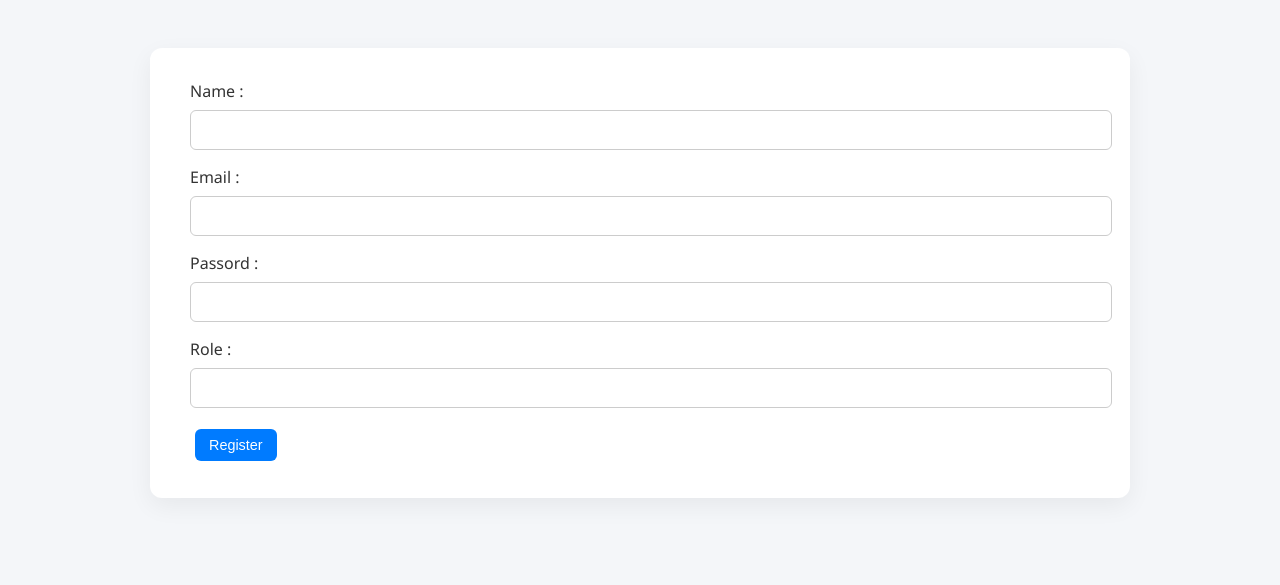
Repository: bharathabhi46/SkillSync-FrontEnd
Page: /RegisterUser
These files come from the project's save history. The page is drawn as it stood at one moment and after the next save; the edit follows.
The browser window is 1280 px wide. The pictures show the whole page.
The project was rebuilt for these pictures with package versions that can differ from the ones it lists, and the page was loaded fresh each time. Also part of the build but not shown: vite.config.js, src/Components/CreateUser/CreateUser.jsx, src/Components/UserList/UserList.jsx, src/Components/EditUser/EditUser.jsx.

Above is the page before, as saved 2025-06-25 16:53:05.

### src/main.jsx
import { StrictMode } from "react";
import { createRoot } from "react-dom/client";
import { BrowserRouter } from "react-router-dom";
import App from "./App.jsx";

createRoot(document.getElementById("root")).render(
  <BrowserRouter>
    <App />
  </BrowserRouter>
);

### src/App.jsx
import React from "react";
import CreateUser from "./Components/CreateUser/CreateUser";
import UserList from "./Components/UserList/UserList";
import EditUser from "./Components/EditUser/EditUser";
import { Route, Routes } from "react-router-dom";
import RegisterUser from "./Components/RegisterUser/RegisterUser";
import "./App.css";
const App = () => {
  return (
    <>
      <Routes>
        <Route path="/UserList" element={<UserList />} />
        <Route path="/EditUser/:id" element={<EditUser />} />
        <Route path="/CreateUser" element={<CreateUser />} />
        <Route path="/RegisterUser" element={<RegisterUser />} />
      </Routes>
    </>
  );
};

export default App;

### src/Components/RegisterUser/RegisterUser.jsx
import React, { useState } from "react";

const RegisterUser = () => {
  let url = "http://localhost:8080/api/auth/register";
  let [registerForm, setRegisterForm] = useState({
    name: "",
    email: "",
    password: "",
    role: "",
  });
  async function handleSubmit(e) {
    e.preventDefault();
    try {
      await fetch(url, {
        method: "POST",
        headers: {
          "Content-Type": "application/json",
        },
        body: JSON.stringify(registerForm),
      });
      setRegisterForm({ name: "", email: "", password: "", role: "" });
      alert("Registration Successfull");
    } catch (err) {
      console.log("Error : ", err);
      alert("Failed to Register");
    }
  }
  function handleOnChange(e) {
    setRegisterForm((prevState) => ({
      ...prevState,
      [e.target.name]: e.target.value,
    }));
  }
  return (
    <div className="container">
      <form onSubmit={handleSubmit}>
        <label>Name : </label>
        <input type="text" name="name" onChange={handleOnChange} />
        <label>Email : </label>
        <input type="email" name="email" onChange={handleOnChange} />
        <label>Passord : </label>
        <input type="password" name="password" onChange={handleOnChange} />
        <label>Role : </label>
        <input type="text" name="role" onChange={handleOnChange} />
        <button type="submit">Register</button>
      </form>
    </div>
  );
};

export default RegisterUser;

### src/App.css
/* App.css */

body {
  font-family: "Segoe UI", Roboto, sans-serif;
  background: #f4f6f9;
  margin: 0;
  padding: 0;
  color: #333;
}

.container {
  width: 90%;
  max-width: 900px;
  margin: 3rem auto;
  background: #ffffff;
  padding: 2rem 2.5rem;
  border-radius: 12px;
  box-shadow: 0 8px 24px rgba(0, 0, 0, 0.06);
}

h2 {
  text-align: center;
  margin-bottom: 2rem;
  color: #222;
}

table {
  width: 100%;
  border-collapse: collapse;
  margin-bottom: 2rem;
  background-color: #fff;
  border-radius: 8px;
  overflow: hidden;
}

th {
  background-color: #007bff;
  color: white;
  padding: 12px;
  text-align: left;
}

td {
  padding: 12px;
  border-bottom: 1px solid #eaeaea;
}

tr:hover {
  background-color: #f1f1f1;
}

button {
  background: #007bff;
  color: white;
  padding: 8px 14px;
  border: none;
  border-radius: 6px;
  cursor: pointer;
  font-size: 0.9rem;
  margin: 5px;
}

button:hover {
  background: #0056b3;
}

input {
  width: 100%;
  padding: 10px;
  margin-bottom: 1rem;
  border: 1px solid #ccc;
  border-radius: 6px;
  font-size: 1rem;
}

label {
  display: block;
  font-weight: 500;
  margin-bottom: 0.5rem;
}

Loaded but not shown: index.html (common file)

After the next save:
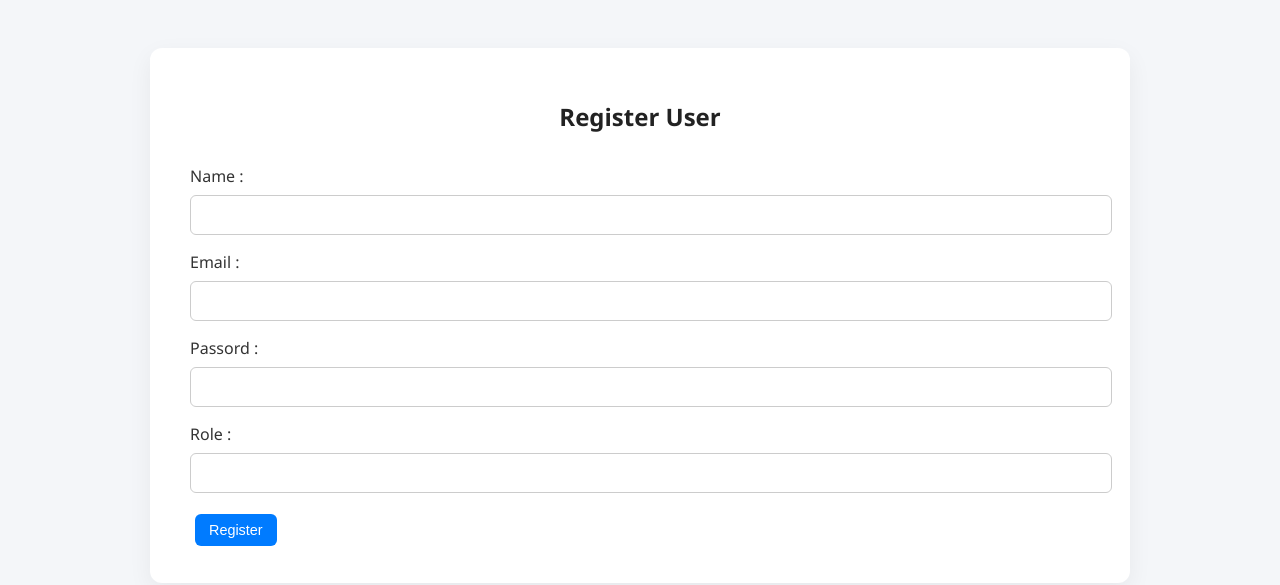
Saved 15 s later.
--- a/src/Components/RegisterUser/RegisterUser.jsx
+++ b/src/Components/RegisterUser/RegisterUser.jsx
@@ -33,6 +33,7 @@ const RegisterUser = () => {
   }
   return (
     <div className="container">
+      <h2>Register User</h2>
       <form onSubmit={handleSubmit}>
         <label>Name : </label>
         <input type="text" name="name" onChange={handleOnChange} />
